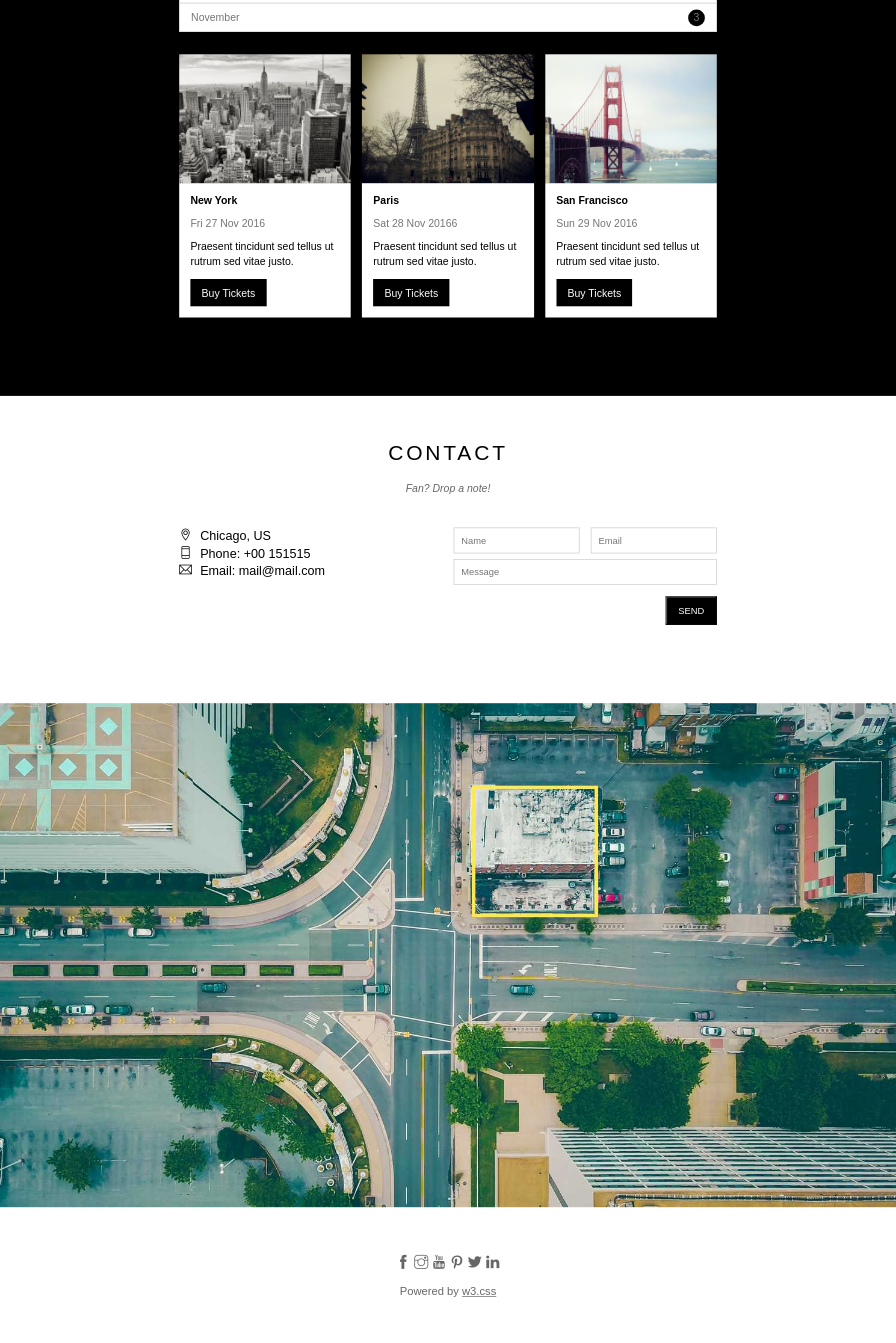
Repository: BrandonTuan777/The_Band
Page: index.html
An editor plug-in stored every save of this project. The page is shown before and after the next save, followed by the edit.
The browser window is 1280 px wide. The pictures show the part of the page from y = 1622 to 3542 px (the page is 3540 px tall before and 3542 px after), at 70% of full size.

Above is the page before, as saved 2022-04-17 22:13:11.

After the next save:
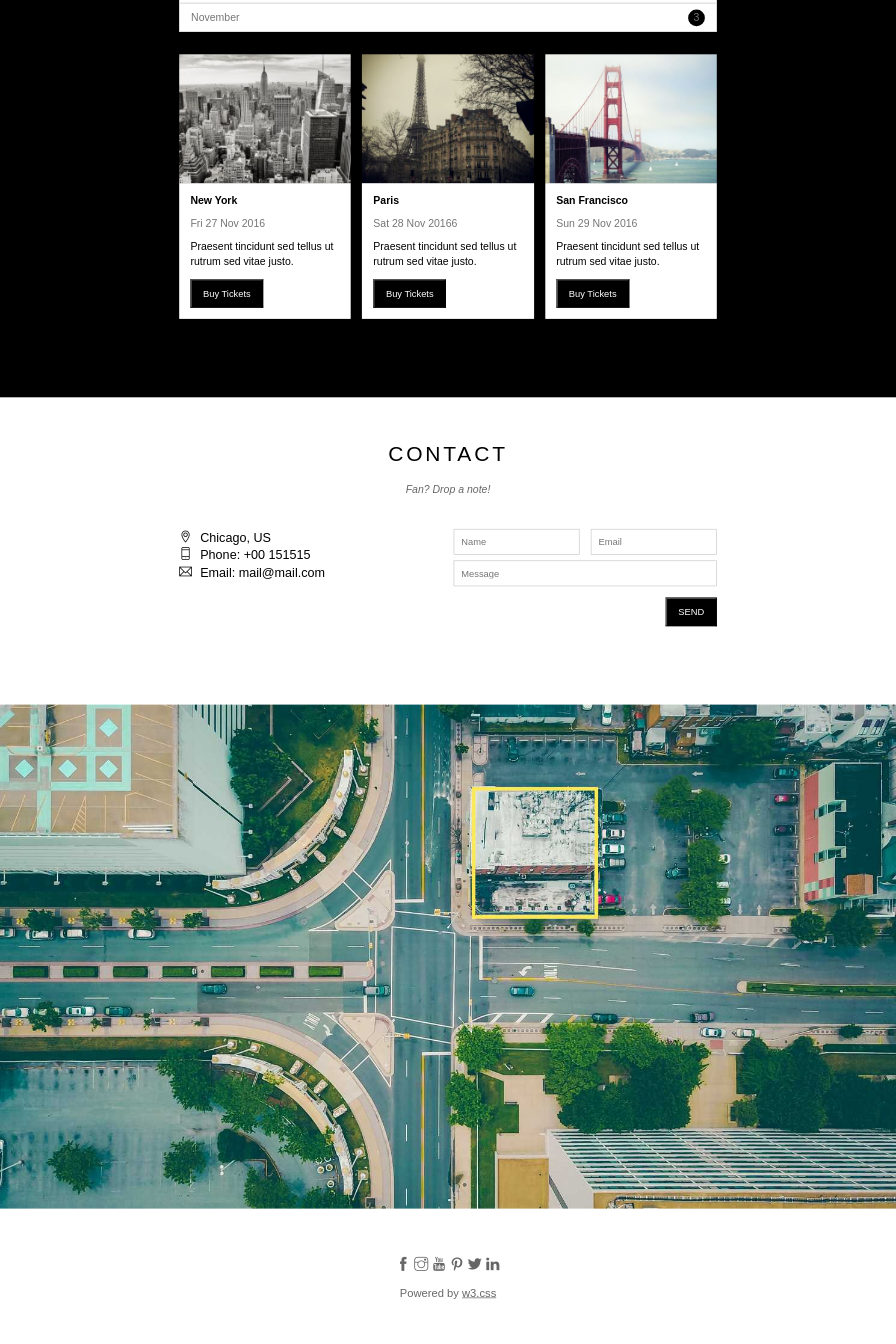
Saved 19 s later.
--- a/index.html
+++ b/index.html
@@ -134,7 +134,7 @@
                   <p class="place-description">
                     Praesent tincidunt sed tellus ut rutrum sed vitae justo.
                   </p>
-                  <a href="#" class="btn s-full-width">Buy Tickets</a>
+                  <button href="#" class="btn s-full-width">Buy Tickets</button>
                 </div>
               </div>
               <div class="col s-col-full col-third mt-16">
@@ -149,7 +149,7 @@
                   <p class="place-description">
                     Praesent tincidunt sed tellus ut rutrum sed vitae justo.
                   </p>
-                  <a href="#" class="btn s-full-width">Buy Tickets</a>
+                  <button href="#" class="btn s-full-width">Buy Tickets</button>
                 </div>
               </div>
               <div class="col s-col-full col-third mt-16">
@@ -164,7 +164,7 @@
                   <p class="place-description">
                     Praesent tincidunt sed tellus ut rutrum sed vitae justo.
                   </p>
-                  <a href="#" class="btn s-full-width">Buy Tickets</a>
+                  <button href="#" class="btn s-full-width">Buy Tickets</button>
                 </div>
               </div>
             </div>
